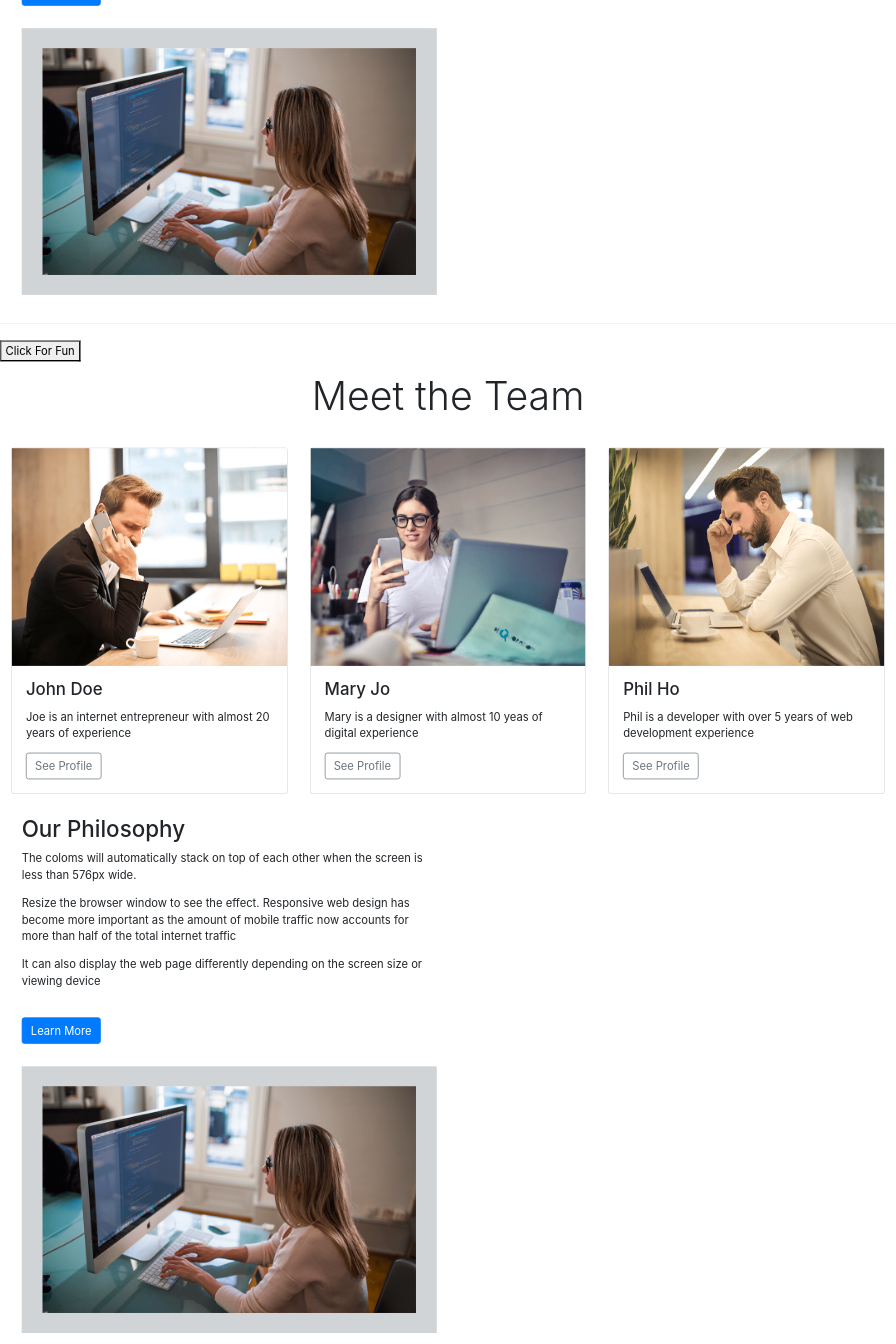
Repository: rkyankya/Bootstrap-1
Page: index.html
The author's editor kept a copy of each file at every save. The page is drawn from the files as they stood at one save, then again after the next save.
The browser window is 1280 px wide. The pictures show the part of the page from y = 1686 to 3606 px (the page is 3606 px tall before and 3566 px after), at 70% of full size.
Some web libraries are served in a nearby version.

Above is the page before, as saved 2019-12-16 20:37:04.

After the next save:
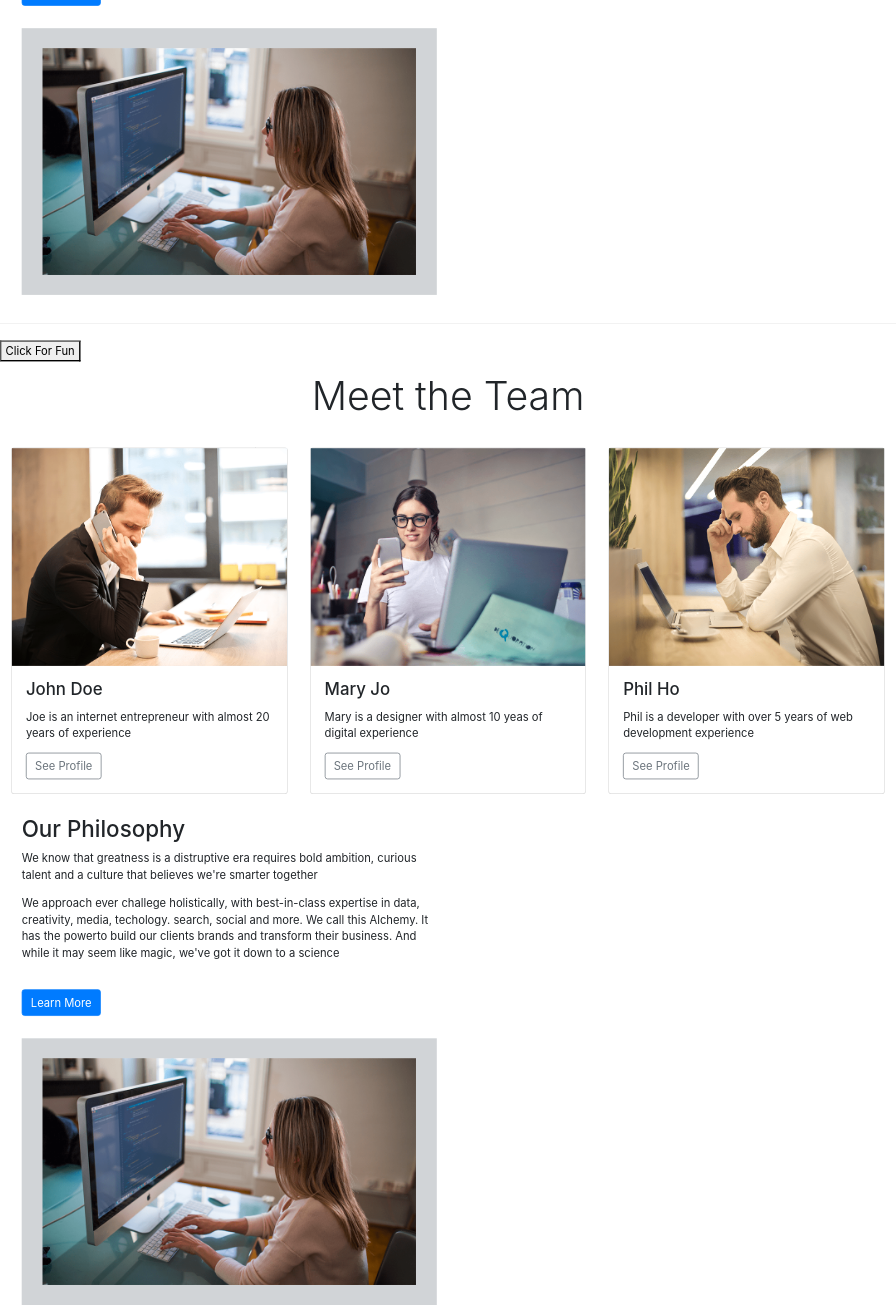
Saved 9 min 29 s later.
--- a/index.html
+++ b/index.html
@@ -225,9 +225,10 @@
         <div class="row-padding">
             <div class="col-md-12 col-lg-6">
                 <h2>Our Philosophy</h2>
-                <p>The coloms will automatically stack on top of each other when the screen is less than 576px wide.</p>
-                <p>Resize the browser window to see the effect. Responsive web design has become more important as the amount of mobile traffic now accounts for more than half of the total internet traffic</p>
-                <p>It can also display the web page differently depending on the screen size or viewing device</p>
+                <p>We know that greatness is a distruptive era requires bold ambition, curious talent and a culture that believes we're smarter together</p>
+                <p>We approach ever challege holistically, with best-in-class expertise in data, creativity, media, techology. search, social and more. We call this Alchemy. It has the powerto build our clients brands and transform their business. And while
+                    it may seem like magic, we've got it down to a science</p>
+
                 <br>
                 <a href="#" class="btn btn-primary">Learn More</a>
             </div>
